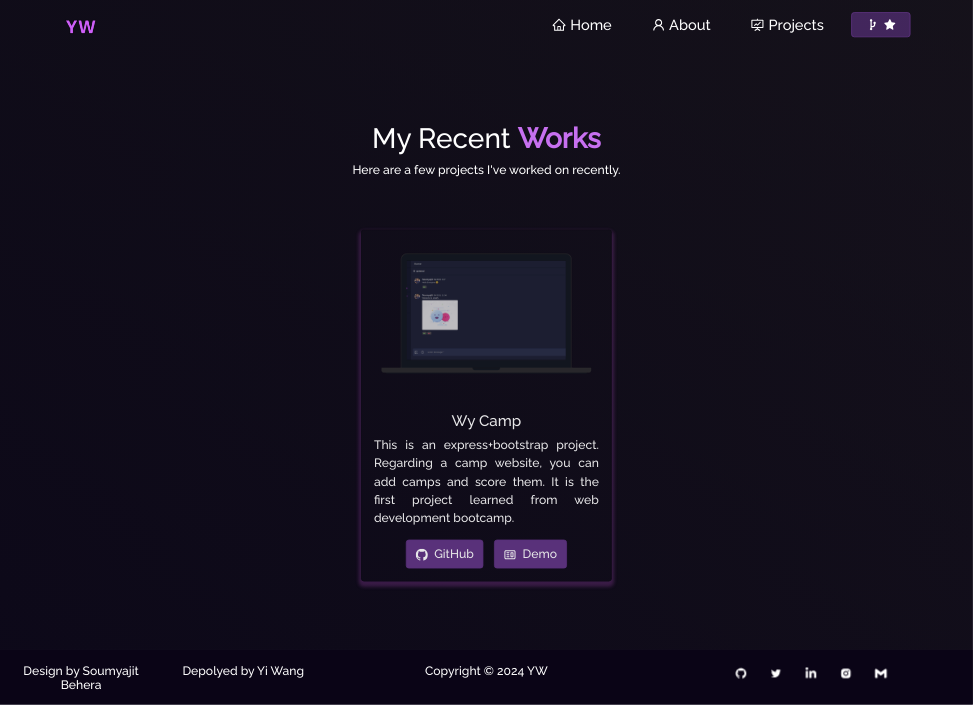
Repository: YiWang24/Portfolio
Page: /project
The author's editor kept a copy of each file at every save. The page is drawn from the files as they stood at one save, then again after the next save.
The browser window is 1280 px wide. The pictures show the whole page, at 76% of full size.
The project was rebuilt for these pictures with package versions that can differ from the ones it lists, and the page was loaded fresh each time. Also part of the build but not shown: src/components/Home/Home2.js, src/components/Home/Type.js, src/components/Home/Home.js, src/components/About/Github.js, src/components/About/Techstack.js, src/components/About/AboutCard.js, src/components/About/Toolstack.js, src/components/About/About.js and 1 more. Imported but missing from the stored project, and not drawn on this page: src/Assets/Soumyajit_Behera-BIT_MESRA.pdf.

Above is the page before, as saved 2024-08-23 23:37:19.

After the next save:
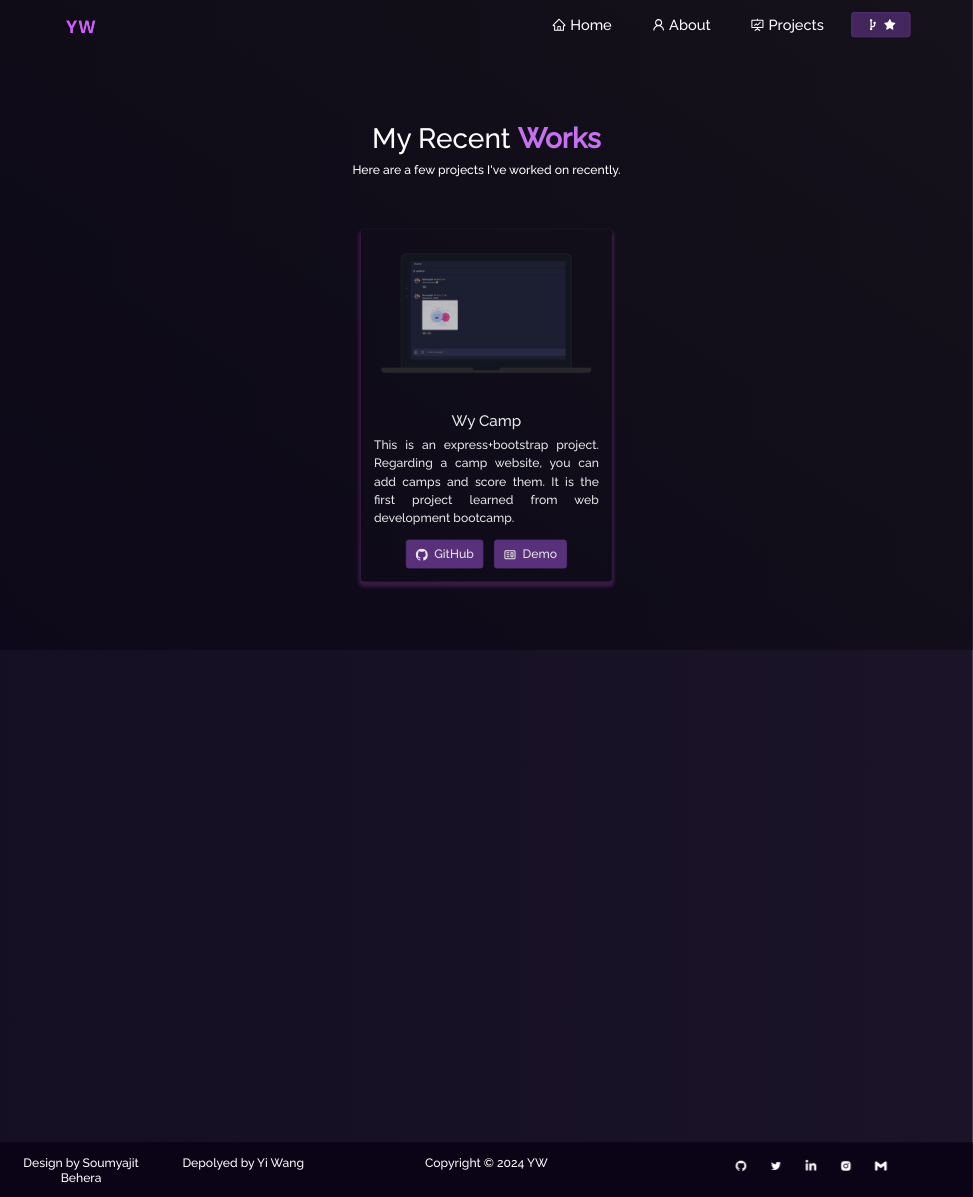
Saved 45 s later.
--- a/src/style.css
+++ b/src/style.css
@@ -418,7 +418,11 @@ button:focus {
   z-index: 1;
   text-align: center !important;
 }
-
+.content-wrapper {
+  display: flex;
+  flex-direction: column;
+  min-height: 100vh;
+}
 @media (max-width: 767px) {
   .footer-copywright {
     text-align: center !important;
